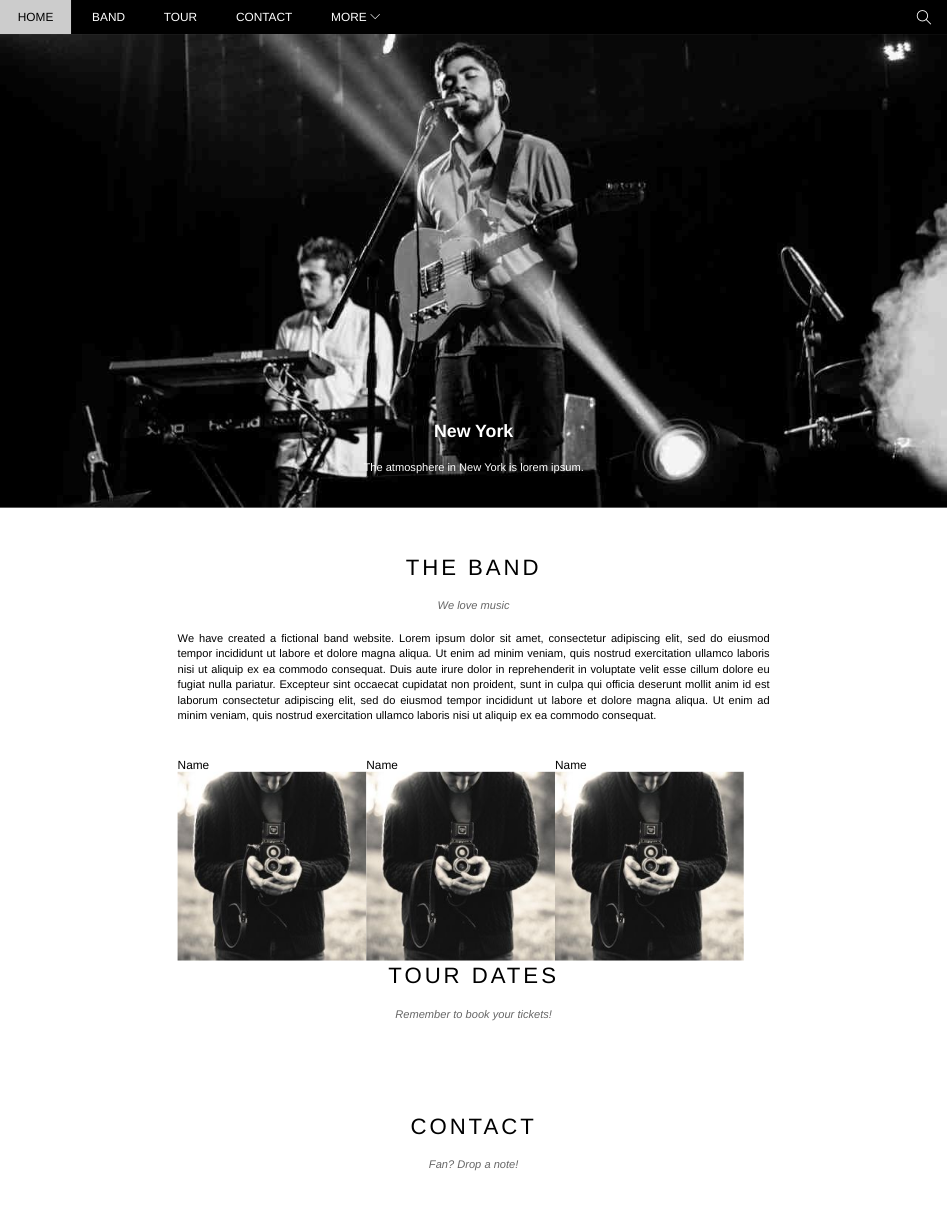
Repository: vophuocthanh/phuocthanhk03
Page: index.html
The author's editor kept a copy of each file at every save. The page is drawn from the files as they stood at one save, then again after the next save.
The browser window is 1280 px wide. The pictures show the whole page, at 74% of full size.

Above is the page before, as saved 2022-03-03 23:39:42.

### index.html
<!DOCTYPE html>
<html lang="en">

<head>
    <meta charset="UTF-8" />
    <meta http-equiv="X-UA-Compatible" content="IE=edge" />
    <meta name="viewport" content="width=device-width, initial-scale=1.0" />
    <title>Document</title>
    <link rel="stylesheet" href="./asset/css/style.css" />
    <link rel="stylesheet" href="/asset/icon/themify-icons/themify-icons.css">
</head>

<body>
    <div id="main">
        <div id="header">
            <!-- Begin : nav -->
            <ul id="nav">
                <li><a href="">Home<a></li>
                <li><a href="">Band</a></li>
                <li><a href="">Tour</a></li>
                <li><a href="">Contact</a></li>
                <li>
                    <a href="">
                        More
                        <i class="nav-arrow-down ti-angle-down"></i>
                    </a>
                    <ul class="subnav">
                        <li><a href="">Merchandise</a></li>
                        <li><a href="">Extras</a></li>
                        <li><a href="">Media</a></li>
                    </ul>
                </li>
            </ul>
            <!-- End: nav -->

            <!-- Begin: Search -->
            <div class="search-btn">
                <i class="search-icon ti-search"></i>
            </div>
            <!-- End: Search -->
        </div>

        <div id="slider">
            <div class="text-content">
                <h2 class="text-heading">New York</h2>
                <div class="text-description">The atmosphere in New York is lorem ipsum.</div>
            </div>
        </div>

        <div id="content">
            <!-- About section -->
            <div class="content-section">
                <h2 class="section-heading">THE BAND</h2>
                <p class="section-sub-heading">We love music</p>
                <p class="about-text">We have created a fictional band website. Lorem ipsum dolor sit amet, consectetur adipiscing elit, sed do eiusmod tempor incididunt ut labore et dolore magna aliqua. Ut enim ad minim veniam, quis nostrud exercitation ullamco laboris nisi
                    ut aliquip ex ea commodo consequat. Duis aute irure dolor in reprehenderit in voluptate velit esse cillum dolore eu fugiat nulla pariatur. Excepteur sint occaecat cupidatat non proident, sunt in culpa qui officia deserunt mollit anim
                    id est laborum consectetur adipiscing elit, sed do eiusmod tempor incididunt ut labore et dolore magna aliqua. Ut enim ad minim veniam, quis nostrud exercitation ullamco laboris nisi ut aliquip ex ea commodo consequat.</p>

                <div class="members-list">
                    <div class="member-item">
                        <p class="member-name">Name</p>
                        <img src="./asset/img/band/member1.jpg" alt="Name" class="member-img">
                    </div>

                    <div class="member-item">
                        <p class="member-name">Name</p>
                        <img src="./asset/img/band/member1.jpg" alt="Name" class="member-img">
                    </div>

                    <div class="member-item">
                        <p class="member-name">Name</p>
                        <img src="./asset/img/band/member1.jpg" alt="Name" class="member-img">
                    </div>
                </div>
            </div>




            <!-- Tour section -->
            <div class="content-section">
                <h2 class="section-heading">TOUR DATES</h2>
                <p class="section-sub-heading">Remember to book your tickets!</p>
            </div>
            <!-- Contact section -->
            <div class="content-section">
                <h2 class="section-heading">CONTACT</h2>
                <p class="section-sub-heading">Fan? Drop a note!</p>
            </div>

            <div id="footer">

            </div>

        </div>
</body>

</html>

### asset/css/style.css
/*Reset*/

* {
    padding: 0;
    margin: 0;
    box-sizing: border-box;
}

html {
    font-family: Helvetica, Arial, sans-serif;
}


/*
 1. Từ ngoài vào trong
 2. Trên xuống dưới
 3. Từ tổng quan đến chi tiết

*/


/*
1. Vị Trí
2. Màu Sắc
3. Kích Thước
4.Kiểu Dáng */

#main {}

#header {
    height: 46px;
    background-color: #000;
    position: fixed;
    top: 0;
    left: 0;
    right: 0;
    z-index: 1;
}

#nav {
    display: inline-block;
}

.subnav {
    list-style-type: none;
}

#nav>li {
    display: inline-block;
}

#nav li {
    position: relative;
}

#nav>li>a {
    color: #fff;
    text-transform: uppercase;
}

#nav li a {
    color: #fff;
    text-decoration: none;
    line-height: 46px;
    padding: 0 24px;
    display: block;
}

#nav li:hover .subnav {
    display: block;
}

#nav>li:hover>a,
#nav .subnav li:hover {
    color: #000;
    background-color: #ccc;
}

#nav .subnav {
    display: none;
    position: absolute;
    top: 100%;
    left: 0;
    min-width: 160px;
    background-color: #fff;
    box-shadow: 0 0 10px rgba(0, 0, 0, 0.3);
}

#nav .subnav a {
    color: #000;
    padding: 0 12px;
}

#nav .nav-arrow-down {
    font-size: 14px;
}

#header .search-btn {
    float: right;
    padding: 0 21px;
    cursor: pointer;
}

#header .search-btn:hover {
    background-color: #f44336;
}

#header .search-icon {
    color: #fff;
    font-size: 20px;
    line-height: 46px;
}

#slider {
    position: relative;
    margin-top: 46px;
    padding-top: 50%;
    background: url("/asset/img/slider/slider1.jpg") top center / cover no-repeat;
}

#slider .text-content {
    position: absolute;
    bottom: 47px;
    color: #fff;
    left: 50%;
    transform: translate(-50%);
    text-align: center;
}

#slider .text-headin {
    font-weight: 500;
    font-size: 24px;
}

#slider .text-description {
    font-size: 15px;
    margin-top: 25px;
}

#content {}

#content .content-section {
    width: 800px;
    padding: 64px 0;
    margin-left: auto;
    margin-right: auto;
}

#content .section-heading {
    font-size: 30px;
    font-weight: 500;
    text-align: center;
    letter-spacing: 4px;
}

#content .section-sub-heading {
    font-size: 15px;
    text-align: center;
    margin-top: 25px;
    font-style: italic;
    opacity: 0.6;
}

#content .about-text {
    font-size: 15px;
    margin-top: 25px;
    text-align: justify;
    line-height: 1.4;
}

#content .members-list {
    margin-top: 48px;
}

#content .member-item {
    float: left;
}

#foote {}

Loaded but not shown: asset/icon/themify-icons/themify-icons.css (common file)

After the next save:
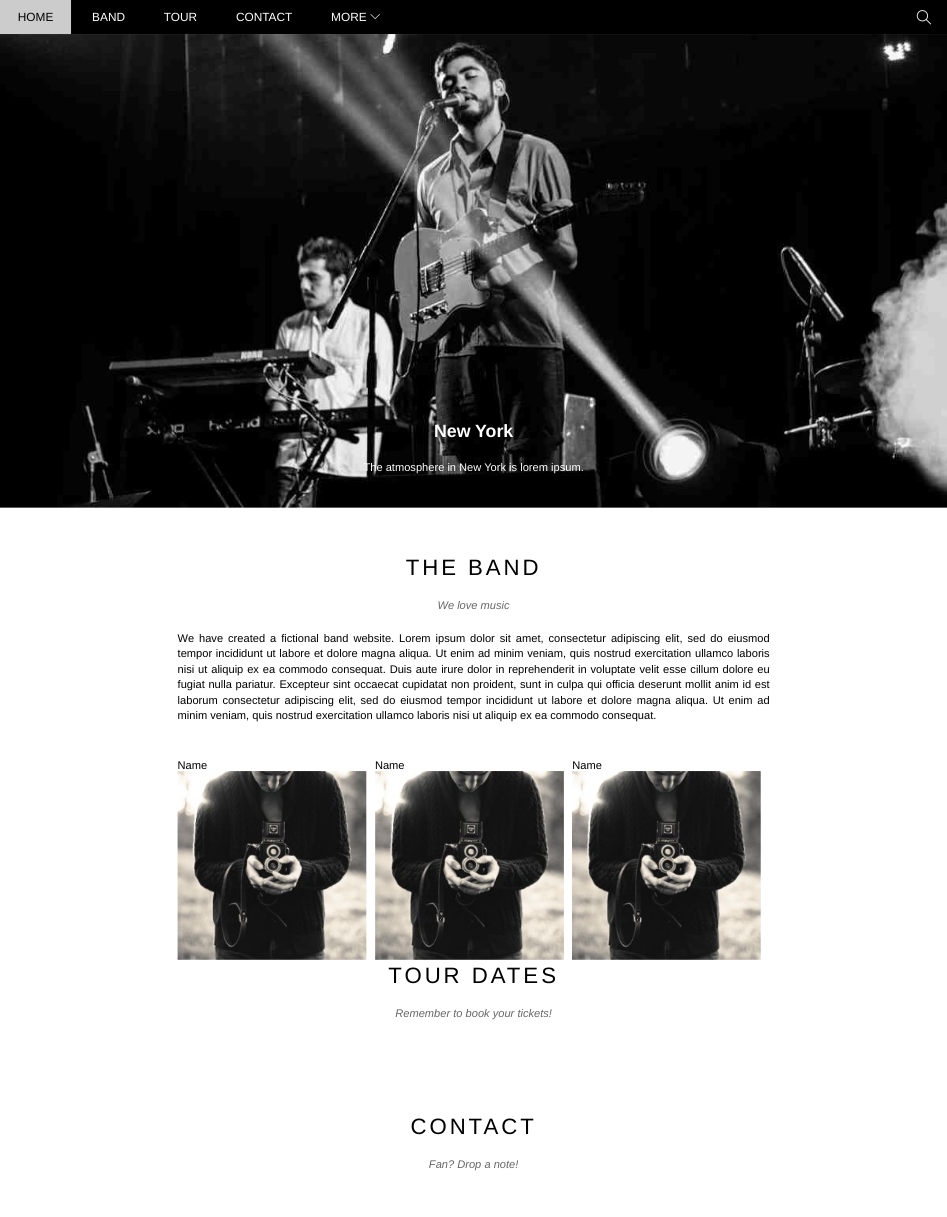
Saved 3 min 44 s later.
--- a/asset/css/style.css
+++ b/asset/css/style.css
@@ -174,6 +174,11 @@ html {
 
 #content .member-item {
     float: left;
+    width: 33.3333%;
+}
+
+#content .member-name {
+    font-size: 15px;
 }
 
 #foote {}
